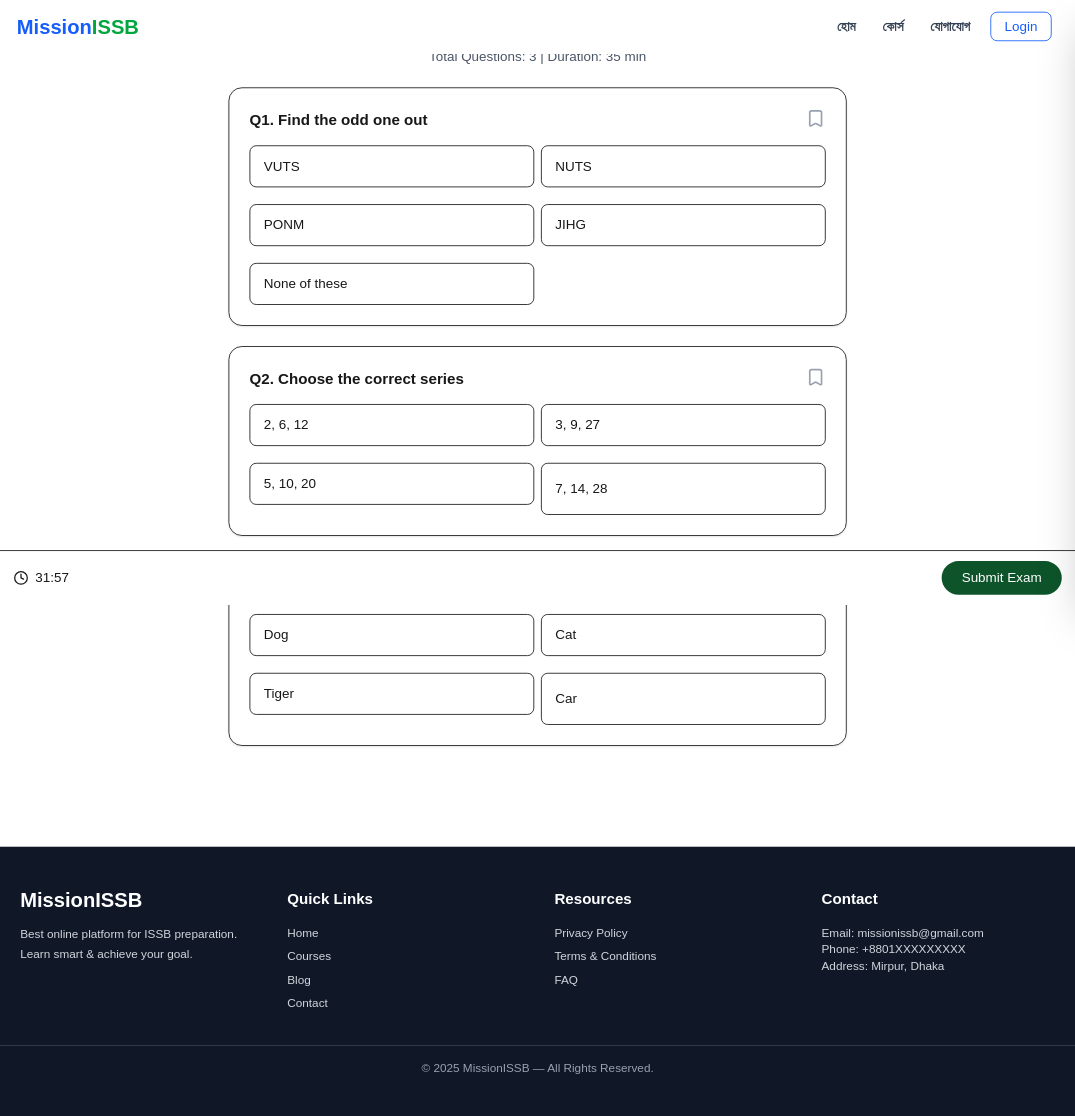
Repository: mdmuhibullahhabib/missionissb
Page: /exam/verbal-model-test-01
The author's editor kept a copy of each file at every save. The page is drawn from the files as they stood at one save, then again after the next save.
The browser window is 1280 px wide. The pictures show the whole page, at 84% of full size.
The page's requests for data from a server got no answer. The project was rebuilt for these pictures with package versions that can differ from the ones it lists, and the page was loaded fresh each time. The framework's server and built-in components were replaced by stand-ins that run in the browser. No one was signed in, and anything a server would have sent is missing. Also part of the build but not shown: next.config.mjs, app/exam/[id]/components/SubmitModal.jsx.

Above is the page before, as saved 2025-12-15 17:28:52.

### app/layout.js
import { Geist, Geist_Mono } from 'next/font/google'
import './globals.css'
import Footer from '@/components/shared/Footer'
import Navbar from '@/components/shared/Navbar'
import NextAuthProvider from './providers/NextAuthProvider'
import LayoutWrapper from '@/components/LayoutWrapper'

const geistSans = Geist({
  variable: '--font-geist-sans',
  subsets: ['latin']
})

const geistMono = Geist_Mono({
  variable: '--font-geist-mono',
  subsets: ['latin']
})

export const metadata = {
  title: 'Mission ISSB',
  description: 'Generated by create next app'
}

export default function RootLayout({ children }) {
  return (
    <html lang='en' suppressHydrationWarning={true}>
      <body
        className={`${geistSans.variable} ${geistMono.variable} antialiased`}
      >
        <NextAuthProvider>

                    <LayoutWrapper>{children}</LayoutWrapper>


          {/* <Navbar />

          {children}

          <Footer /> */}
        </NextAuthProvider>
      </body>
    </html>
  )
}

### app/exam/[id]/page.jsx
"use client";

import { useState } from "react";
import { Clock } from "lucide-react";
import McqCard from "./components/McqCard";
import SubmitModal from "./components/SubmitModal";

/* Fake Questions */
const questions = [
  {
    question: "Find the odd one out",
    options: ["VUTS", "NUTS", "PONM", "JIHG", "None of these"],
  },
  {
    question: "Choose the correct series",
    options: ["2, 6, 12", "3, 9, 27", "5, 10, 20", "7, 14, 28"],
  },
  {
    question: "Which word is different?",
    options: ["Dog", "Cat", "Tiger", "Car"],
  },
];

const ExamPage = () => {
  const [currentQ, setCurrentQ] = useState(0);
  const [answers, setAnswers] = useState({});
  const [showSubmitModal, setShowSubmitModal] = useState(false);

  const handleSelect = (idx) => {
    setAnswers({ ...answers, [currentQ]: idx });
  };

  return (
    <div className="min-h-screen bg-white pb-24">

      {/* Header */}
      <div className="text-center py-6">
        <h1 className="text-2xl font-bold">Verbal Model Test 01</h1>
        <p className="text-gray-600">
          Total Questions: {questions.length} | Duration: 35 min
        </p>
      </div>

      {/* Question Card */}
      <div className="max-w-3xl space-y-4 mx-auto px-4">
        {questions.map((q, index) => (
          <McqCard
            key={index}
            index={index}
            question={q.question}
            options={q.options}
            selectedAnswer={answers[index]}
            onSelect={(optIdx) =>
              handleSelect(index, optIdx)
            }
          />
        ))}
      </div>

      {/* Footer */}
      <div className="fixed bottom-0 left-0 w-full bg-white border-t px-4 py-3 flex justify-between">
        <div className="flex items-center gap-2 font-medium">
          <Clock size={18} /> 31:57
        </div>

        <button
          onClick={() => setShowSubmitModal(true)}
          className="bg-green-900 text-white px-6 py-2 rounded-full"
        >
          Submit Exam
        </button>
      </div>

      {/* Submit Modal */}
      <SubmitModal
        open={showSubmitModal}
        onClose={() => setShowSubmitModal(false)}
        onSubmit={() => {
          setShowSubmitModal(false);
          alert("Exam Submitted!");
        }}
      />
    </div>
  );
};

export default ExamPage;

### components/shared/Footer.jsx
"use client";
import Link from "next/link";

export default function Footer() {
  return (
    <footer className="bg-gray-900 text-gray-300 py-12">
      <div className="max-w-7xl mx-auto grid grid-cols-1 md:grid-cols-4 gap-10 px-6">

        {/* Column 1 */}
        <div>
          <h2 className="text-2xl font-bold text-white">MissionISSB</h2>
          <p className="mt-3 text-sm leading-6">
            Best online platform for ISSB preparation.
            Learn smart & achieve your goal.
          </p>
        </div>

        {/* Column 2 */}
        <div>
          <h3 className="text-lg font-semibold text-white mb-4">Quick Links</h3>
          <ul className="space-y-2 text-sm">
            <li><Link href="/" className="hover:text-white">Home</Link></li>
            <li><Link href="/courses" className="hover:text-white">Courses</Link></li>
            <li><Link href="/blog" className="hover:text-white">Blog</Link></li>
            <li><Link href="/contact" className="hover:text-white">Contact</Link></li>
          </ul>
        </div>

        {/* Column 3 */}
        <div>
          <h3 className="text-lg font-semibold text-white mb-4">Resources</h3>
          <ul className="space-y-2 text-sm">
            <li><Link href="/privacy" className="hover:text-white">Privacy Policy</Link></li>
            <li><Link href="/terms" className="hover:text-white">Terms & Conditions</Link></li>
            <li><Link href="/faq" className="hover:text-white">FAQ</Link></li>
          </ul>
        </div>

        {/* Column 4 */}
        <div>
          <h3 className="text-lg font-semibold text-white mb-4">Contact</h3>
          <p className="text-sm">Email: missionissb@gmail.com</p>
          <p className="text-sm">Phone: +8801XXXXXXXXX</p>
          <p className="text-sm">Address: Mirpur, Dhaka</p>
        </div>
      </div>

      <div className="mt-10 border-t border-gray-700 pt-4 text-center text-gray-400 text-sm">
        © {new Date().getFullYear()} MissionISSB — All Rights Reserved.
      </div>
    </footer>
  );
}

### components/shared/Navbar.jsx
"use client";
import { useState, useEffect } from "react";
import Link from "next/link";
import { FiMenu, FiX } from "react-icons/fi";
import { useSession } from "next-auth/react";
import { useRouter } from "next/navigation";
import DrawerMenu from "../user/UserDrawerMenu";


// Fake user data
const fakeUser = {
    name: "Muhibullah Habib",
    email: "muhib@example.com",
    avatar: "https://i.pravatar.cc/100?img=11",
    role: "admin",
};

export default function Navbar() {
    const [open, setOpen] = useState(false);
    const [scroll, setScroll] = useState(false);
    const router = useRouter();
        const [drawerOpen, setDrawerOpen] = useState(false);
    const [userDrawerOpen, setUserDrawerOpen] = useState(false);
    const { data: session, status } = useSession();
    console.log(session)
    console.log(status)

    // Scroll detection for shadow effect
    useEffect(() => {
        const handleScroll = () => {
            setScroll(window.scrollY > 10);
        };
        window.addEventListener("scroll", handleScroll);
        return () => window.removeEventListener("scroll", handleScroll);
    }, []);

    const navLinks = [
        { name: "হোম", href: "/" },
        { name: "কোর্স", href: "/courses" },
        { name: "যোগাযোগ", href: "/contact" },
    ];

    // User icon click
    const handleUserClick = () => {
        if (status == "authenticated") {
            setUserDrawerOpen(true);
        } else {
            router.push("/auth");
        }
    };

    return (
        <>
            <nav
                className={`w-full fixed top-0 z-50 transition-all ${scroll ? "bg-white shadow-md" : "bg-white"
                    }`}
            >
                <div className="max-w-7xl mx-auto px-5 py-3 flex justify-between items-center">

                    {/* Logo */}
                    <Link href="/" className="text-2xl font-bold text-blue-600">
                        Mission<span className="text-green-600">ISSB</span>
                    </Link>


                    {/* Auth Buttons */}
                    <div className="hidden items-center md:flex gap-4">
                        {/* Desktop Menu */}
                        <div className="hidden md:flex gap-8">
                            {navLinks.map((link) => (
                                <Link
                                    key={link.name}
                                    href={link.href}
                                    className="text-gray-700 font-semibold hover:text-blue-600 transition font-medium"
                                >
                                    {link.name}
                                </Link>
                            ))}
                        </div>

                        {/* User Icon */}
                        <button
                            onClick={handleUserClick}
                            className="p-2 rounded-full hover:bg-gray-100 transition duration-150"
                        >
                            {status == "authenticated" ? (
                                <img
                                    src={fakeUser?.avatar}
                                    alt="user"
                                    className="h-8 w-8 rounded-full border"
                                />
                            ) : (
                                <Link
                                    href="/auth"
                                    className="px-4 py-2 border border-blue-600 text-blue-600 rounded-lg hover:bg-blue-600 hover:text-white transition"
                                >
                                    Login
                                </Link>
                            )}
                        </button>
                    </div>

                    {/* Mobile Toggle */}
                    <button onClick={() => setOpen(!open)} className="md:hidden text-3xl">
                        {open ? <FiX /> : <FiMenu />}
                    </button>
                </div>

                {/* Mobile Menu */}
                <div
                    className={`md:hidden bg-white fixed top-[64px] left-0 w-full h-screen transition-all duration-300 ${open ? "translate-y-0 opacity-100" : "-translate-y-5 opacity-0 pointer-events-none"
                        }`}
                >
                    <div className="flex flex-col gap-6 px-6 py-6 text-lg">
                        {navLinks.map((link) => (
                            <Link
                                key={link.name}
                                href={link.href}
                                onClick={() => setOpen(false)}
                                className="text-gray-700 hover:text-blue-600"
                            >
                                {link.name}
                            </Link>
                        ))}

                        <hr />

                        <Link
                            href="/auth/login"
                            onClick={() => setOpen(false)}
                            className="text-blue-600 font-semibold"
                        >
                            Login
                        </Link>
                    </div>
                </div>
            </nav>

            <DrawerMenu
                isOpen={userDrawerOpen}
                onClose={() => setUserDrawerOpen(false)}
                // user={user}
            />
        </>
    );
}

### app/providers/NextAuthProvider.jsx
"use client"
import { SessionProvider } from 'next-auth/react'
import React from 'react'

const NextAuthProvider = ({ children }) => {
    return <SessionProvider>{children}</SessionProvider>
}

export default NextAuthProvider;

### components/LayoutWrapper.jsx
"use client";

import { usePathname } from "next/navigation";
import Navbar from "./shared/Navbar";
import Footer from "./shared/Footer";

export default function LayoutWrapper({ children }) {
  const pathname = usePathname();
  const isAdmin = pathname.startsWith("/admin");
  const isAuth = pathname.startsWith("/auth");

  return (
    <>
      {!isAdmin && !isAuth && <Navbar />}

      <main>{children}</main>

      {!isAdmin && !isAuth && <Footer />}
    </>
  );
}

### app/exam/[id]/components/McqCard.jsx
"use client";

import { Bookmark } from "lucide-react";

const McqCard = ({
  index,
  question,
  options,
  selectedAnswer,
  onSelect,
}) => {
  return (
    <div className="border rounded-2xl p-6 shadow-sm mb-6">

      {/* Question */}
      <div className="flex justify-between items-start mb-4">
        <h2 className="font-semibold text-lg">
          Q{index + 1}. {question}
        </h2>
        <Bookmark className="text-gray-400 cursor-pointer" />
      </div>

      {/* Options */}
      <div className="space-y-3 grid md:grid-cols-2 gap-2">
        {options.map((opt, idx) => (
          <button
            key={idx}
            onClick={() => onSelect(idx)}
            className={`w-full text-left px-4 py-3 border rounded-lg transition
              ${
                selectedAnswer === idx
                  ? "bg-green-100 border-green-600"
                  : "hover:bg-gray-50"
              }`}
          >
            {opt}
          </button>
        ))}
      </div>
    </div>
  );
};

export default McqCard;

### components/user/UserDrawerMenu.jsx
"use client";

import { FiX, FiUser, FiShoppingBag, FiSettings, FiGrid, FiLogOut } from "react-icons/fi";
import { motion, AnimatePresence } from "framer-motion";
import Image from "next/image";
import { useRouter } from "next/navigation";
import { signOut, useSession } from "next-auth/react";
import Link from "next/link";

export default function DrawerMenu({ isOpen, onClose, user = {} }) {
  const router = useRouter();
  const { data: session, status } = useSession();
  console.log(session)

  const handleNavigate = (path) => {
    onClose();
    router.push(path);
  };

  const handleLogout = async () => {
    // You can replace with your logout logic
    console.log("User logged out");
    onClose();
    await signOut();
  };

  const isAdmin = user?.role === "admin";

  return (
    <>
      {/* Overlay */}
      <AnimatePresence>
        {isOpen && (
          <motion.div
            initial={{ opacity: 0 }}
            animate={{ opacity: 1 }}
            exit={{ opacity: 0 }}
            onClick={onClose}
            className="fixed inset-0 bg-black/30 backdrop-blur-sm z-40 cursor-pointer"
          />
        )}
      </AnimatePresence>

      {/* Drawer */}
      <motion.div
        initial={{ x: "100%" }}
        animate={{ x: isOpen ? 0 : "100%" }}
        exit={{ x: "100%" }}
        transition={{ type: "spring", stiffness: 100, damping: 20 }}
        className="fixed top-0 right-0 h-full w-80 sm:w-96 bg-white shadow-2xl z-50 flex flex-col"
      >
        {/* Header */}
        <div className="flex justify-between items-center p-4 border-b">
          <div className="flex items-center gap-3">
            <Image
              src={user?.photo || "https://i.ibb.co/5j9n3yH/default-avatar.png"}
              width={40}
              height={40}
              alt="User avatar"
              className="rounded-full object-cover"
            />
            <div>
              <p className="font-semibold text-gray-800">
                {user?.name || "Guest User"}
              </p>
              <p className="text-xs text-gray-500">
                {isAdmin ? "Administrator" : "Regular User"}
              </p>
            </div>
          </div>
          <button onClick={onClose} className="text-gray-600 hover:text-red-500">
            <FiX className="h-6 w-6" />
          </button>
        </div>

        {/* Menu Items */}
        <div className="flex-1 overflow-y-auto p-5 space-y-4 text-gray-700">
          <button
            onClick={() => handleNavigate("/profile")}
            className="flex items-center gap-3 w-full p-3 rounded-xl hover:bg-gray-100 transition"
          >
            <FiUser className="text-red-500" />
            <span>My Profile</span>
          </button>

          <Link
            href={"/mycourse"}
            // onClick={() => handleNavigate("/mycourse")}
            className="flex items-center gap-3 w-full p-3 rounded-xl hover:bg-gray-100 transition"
          >
            <FiShoppingBag className="text-red-500" />
            <span>My Courses</span>
          </Link>

          <Link
            href={"/admin/dashboard"}
            // onClick={() => handleNavigate("/mycourse")}
            className="flex items-center gap-3 w-full p-3 rounded-xl hover:bg-gray-100 transition"
          >
            <FiShoppingBag className="text-red-500" />
            <span>Admin Dashboard</span>
          </Link>

          {isAdmin && (
            <button
              onClick={() => handleNavigate("/admin/dashboard")}
              className="flex items-center gap-3 w-full p-3 rounded-xl hover:bg-gray-100 transition"
            >
              <FiGrid className="text-red-500" />
              <span>Admin Dashboard</span>
            </button>
          )}
        </div>

        {/* Footer */}
        <div className="border-t p-4">
          <button
            onClick={handleLogout}
            className="flex items-center justify-center gap-2 w-full py-2 bg-red-600 text-white font-medium rounded-xl hover:bg-red-700 transition"
          >
            <FiLogOut />
            Logout
          </button>
        </div>
      </motion.div>
    </>
  );
}

Loaded but not shown: app/globals.css (common file)

After the next save:
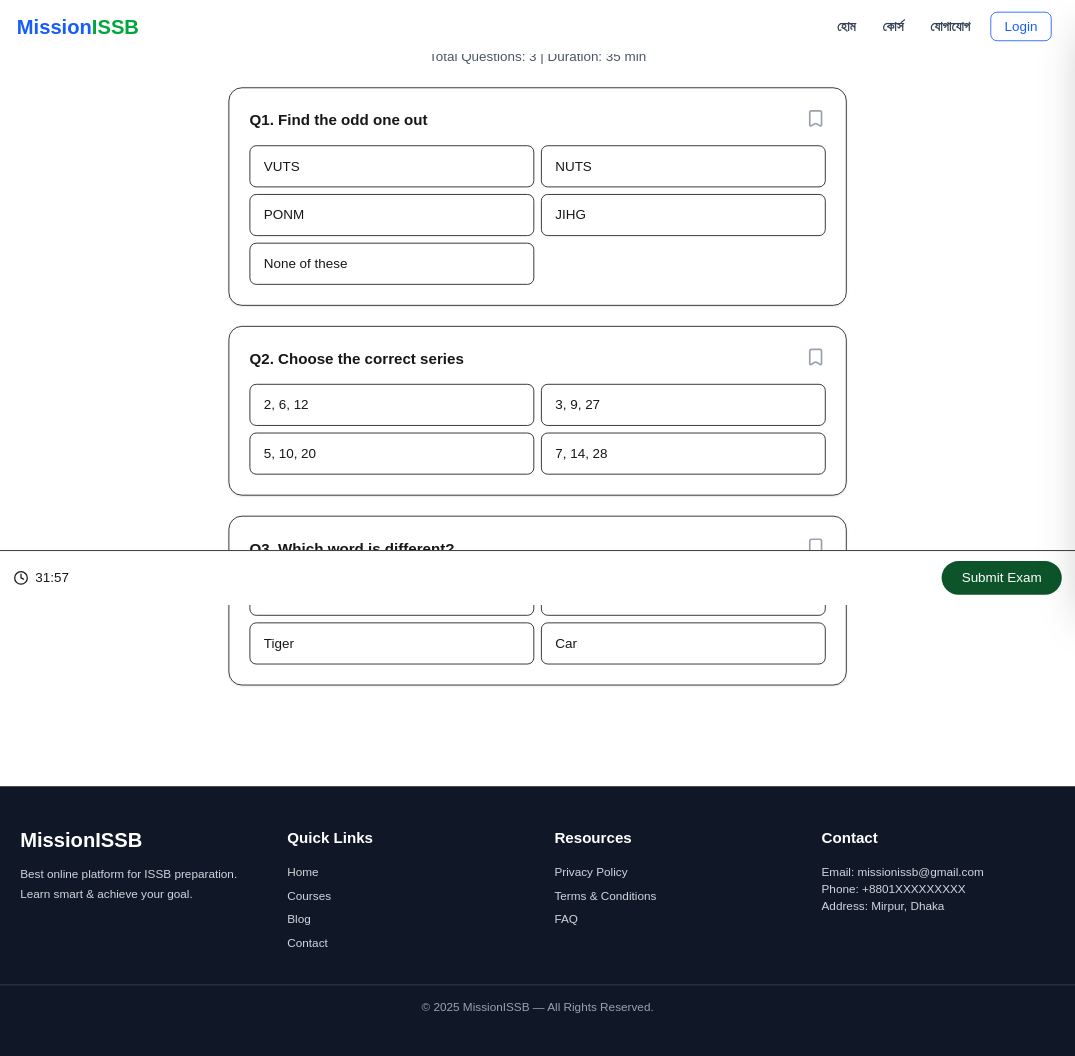
Saved 17 s later.
--- a/app/exam/[id]/components/McqCard.jsx
+++ b/app/exam/[id]/components/McqCard.jsx
@@ -21,7 +21,7 @@ const McqCard = ({
       </div>
 
       {/* Options */}
-      <div className="space-y-3 grid md:grid-cols-2 gap-2">
+      <div className="space-3 grid md:grid-cols-2 gap-2">
         {options.map((opt, idx) => (
           <button
             key={idx}
